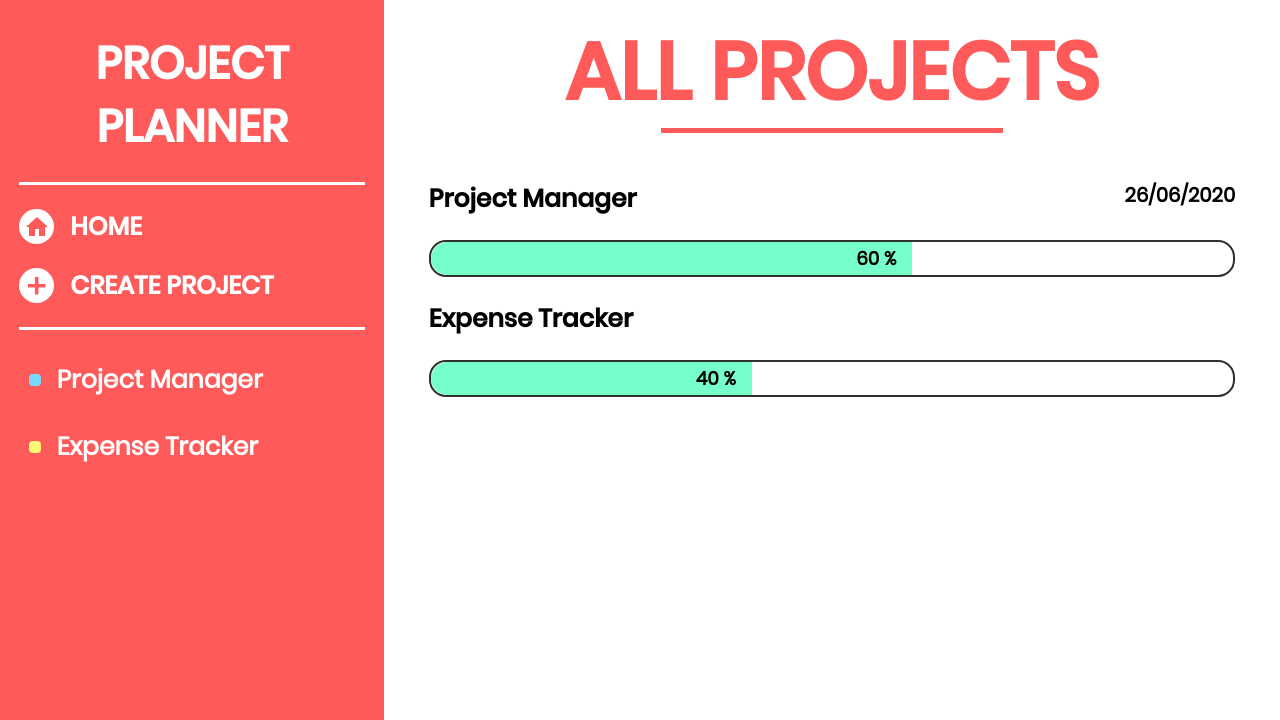
Repository: AzharMoosa/project-manager
Page: /
An editor plug-in stored every save of this project. The page is shown before and after the next save, followed by the edit.
The browser window is 1280 px wide. The pictures show the whole page.
The project was rebuilt for these pictures with package versions that can differ from the ones it lists, and the page was loaded fresh each time.

Above is the page before, as saved 2020-06-22 11:10:35.

### public/index.html
<!DOCTYPE html>
<html lang="en">
  <head>
    <meta charset="utf-8" />
    <link rel="icon" href="%PUBLIC_URL%/favicon.ico" />
    <meta name="viewport" content="width=device-width, initial-scale=1" />
    <meta name="theme-color" content="#000000" />
    <meta
      name="description"
      content="Web site created using create-react-app"
    />
    <link rel="apple-touch-icon" href="%PUBLIC_URL%/logo192.png" />

    <link rel="manifest" href="%PUBLIC_URL%/manifest.json" />

    <title>Project Planner</title>
  </head>
  <body>
    <noscript>You need to enable JavaScript to run this app.</noscript>
    <div id="root"></div>
  </body>
</html>

### src/App.js
import React from "react";
import Sidebar from "./components/sidebar/Siebar";
import Home from "./components/home/Home";
import { ProjectProvider } from "./ProjectContext";

import "./App.css";

function App() {
  return (
    <ProjectProvider>
      <div className='container'>
        <Sidebar />
        <Home />
      </div>
    </ProjectProvider>
  );
}

export default App;

### src/components/sidebar/Siebar.js
import React from "react";
import Header from "./Header";
import ProjectList from "../project-list/ProjectList";

const Siebar = () => {
  return (
    <div className='sidebar'>
      <Header />
      <ProjectList />
    </div>
  );
};

export default Siebar;

### src/components/home/Home.js
import React, { useContext } from "react";
import ProgectProgress from "./ProgectProgress";
import { ProjectContext } from "../../ProjectContext";

const Home = () => {
  // eslint-disable-next-line
  const [projects, setProjects] = useContext(ProjectContext);

  return (
    <div className='home'>
      <h1 className='home-title'>ALL PROJECTS</h1>
      {projects.map((project) => (
        <ProgectProgress
          name={project.name}
          date={project.date}
          progress={project.progress}
          key={project.id}
        />
      ))}
    </div>
  );
};

export default Home;

### src/ProjectContext.js
import React, { useState, createContext } from "react";

export const ProjectContext = createContext();

export const ProjectProvider = (props) => {
  const [projects, setProjects] = useState([
    {
      name: "Project Manager",
      overview:
        "A project management application which allows you to plan personal projects and track its progress.  Create detail plans of projects before developing projects.",
      tools: ["HTML", "CSS", "JAVASCRIPT", "REACT"],
      progress: 60,
      tasks: [
        "Create Project Plans",
        "Todo List for Each Project",
        "Track Progress",
        "Priority List",
        "Choose Tools In Each Project",
        "Clean And Simple Design",
        "Use REACT",
      ],
      color: "blue",
      date: "26/06/2020",
      id: 28392,
    },

    {
      name: "Expense Tracker",
      overview:
        "A expense tracker application which allows you to budget and track your savings.  Track what expenses you have",
      tools: ["HTML", "CSS", "JAVASCRIPT", "REACT"],
      progress: 40,
      tasks: [
        "Expenses In And Out",
        "Current Balance",
        "Highest Money Out",
        "Clean And Simple Design",
        "Use REACT",
      ],
      color: "yellow",
      date: "",
      id: 2032,
    },
  ]);

  return (
    <ProjectContext.Provider value={[projects, setProjects]}>
      {props.children}
    </ProjectContext.Provider>
  );
};

### src/App.css
:root {
  --red: #ff5a5a;
  --green: #76ffca;
  --blue: #76daff;
  --yellow: #fffa76;
  --purple: #ab76ff;
}

/* CSS RESET */

* {
  margin: 0;
  padding: 0;
  box-sizing: border-box;
}

/* Fonts */

@font-face {
  font-family: "Poppins-Med";
  src: url("./fonts/Poppins-Medium.ttf");
}

@font-face {
  font-family: "Poppins-Reg";
  src: url("./fonts/Poppins-Regular.ttf");
}

/* Body */

body {
  font-family: "Poppins-Reg";
  line-height: 1.4;
}

/* Utilities */

/* Bullet Points */

.project-side:before,
.blue:before,
.yellow:before,
.green:before,
.purple:before {
  content: " ";
  height: 12px;
  width: 12px;
  margin-right: 1rem;
  border-radius: 4px;
}

.blue:before {
  background-color: var(--blue);
}

.yellow:before {
  background-color: var(--yellow);
}

.green:before {
  background-color: var(--green);
}

.purple:before {
  background-color: var(--purple);
}

/* Container */
.container {
  display: flex;
  overflow: hidden;
}

/* Sidebar */
.sidebar {
  width: 30vw;
  background-color: var(--red);
  height: 100vh;
  color: #fff;
}

.title {
  font-size: 45px;
  font-family: "Poppins-Med";
  text-align: center;
  padding-top: 2rem;
}

.nav-btns::after,
.nav-btns:before {
  content: " ";
  display: block;
  border-bottom: 3px solid #fff;
  width: 100%;
  margin: 1.5rem auto;
}

.nav-btns {
  width: 90%;
  margin: auto;
}

.home-btn,
.create-project-btn {
  display: flex;
  align-items: center;
  margin-top: 1.5rem;
}

.home-btn h3,
.create-project-btn h3 {
  margin-left: 1rem;
  font-family: "Poppins-Med";
  font-size: 25px;
}

.home-btn svg,
.create-project-btn svg {
  cursor: pointer;
}

/* Home */

.home {
  width: 70vw;
  display: flex;
  flex-direction: column;
}

.home-title {
  font-size: 80px;
  font-family: "Poppins-Med";
  color: var(--red);
  text-align: center;
  margin-top: 1rem;
}

.home-title:after {
  content: " ";
  display: block;
  border-bottom: 5px solid var(--red);
  width: 342px;
  margin: 0 auto 1.5rem auto;
}

/* Project Sidebar List */
.project-side {
  width: 85%;
  margin: 2rem auto;
  display: flex;
  align-items: center;
  cursor: pointer;
}

.project-side h3 {
  font-size: 25px;
}

/* Progress Bar */
.progressbar {
  width: 90%;
  background-color: #fff;
  border: 2px solid #2f2f2f;
  border-radius: 17px;
  margin: 0 auto;
}

.progressbar > div {
  background-color: var(--green);
  height: 33px;
  border-radius: 17px 0 0 17px;
}

.progressbar > div h3 {
  display: flex;
  justify-content: flex-end;
  line-height: 1.8;
  margin-right: 1rem;
}

.project-title {
  width: 90%;
  margin: 1.5rem auto;
  display: flex;
  justify-content: space-between;
}

.project-title h3 {
  font-size: 25px;
  font-family: "Poppins-Med";
}

.project-title h4 {
  font-size: 20px;
  font-family: "Poppins-Reg";
}

### src/components/sidebar/Header.js
import React from "react";

const Header = () => {
  return (
    <div>
      <h1 className='title'>PROJECT PLANNER</h1>
      <div className='nav-btns'>
        <div className='home-btn'>
          <svg
            xmlns='http://www.w3.org/2000/svg'
            width='35'
            height='35'
            viewBox='0 0 35 35'
          >
            <g
              id='Home_Btn'
              data-name='Home Btn'
              transform='translate(-139 -182)'
            >
              <circle
                id='Ellipse_1'
                data-name='Ellipse 1'
                cx='17.5'
                cy='17.5'
                r='17.5'
                transform='translate(139 182)'
                fill='#fff'
              />
              <path
                id='icons8-home'
                d='M12,2.1,1,12H4v9h6V14h4v7h6V12h3Z'
                transform='translate(145 187.9)'
                fill='#ff5a5a'
              />
            </g>
          </svg>
          <h3>HOME</h3>
        </div>

        <div className='create-project-btn'>
          <svg
            xmlns='http://www.w3.org/2000/svg'
            width='35'
            height='35'
            viewBox='0 0 35 35'
          >
            <g id='Group_6' data-name='Group 6' transform='translate(-50 -242)'>
              <circle
                id='Ellipse_2'
                data-name='Ellipse 2'
                cx='17.5'
                cy='17.5'
                r='17.5'
                transform='translate(50 242)'
                fill='#fff'
              />
              <path
                id='icons8-plus'
                d='M8.922,2V8.922H2v1.538H8.922v6.922h1.538V10.461h6.922V8.922H10.461V2Z'
                transform='translate(58 250)'
                fill='#ff5a5a'
                stroke='#ff5a5a'
                strokeWidth='2'
                fillRule='evenodd'
              />
            </g>
          </svg>
          <h3>CREATE PROJECT</h3>
        </div>
      </div>
    </div>
  );
};

export default Header;

### src/components/project-list/ProjectList.js
import React, { useContext } from "react";
import { ProjectContext } from "../../ProjectContext";
import ProjectSide from "./ProjectSide";

const ProjectList = () => {
  // eslint-disable-next-line
  const [projects, setProjects] = useContext(ProjectContext);

  return (
    <div>
      {projects.map((project) => (
        <ProjectSide
          name={project.name}
          color={project.color}
          key={project.id}
        />
      ))}
    </div>
  );
};

export default ProjectList;

### src/components/home/ProgectProgress.js
import React from "react";
import ProgressBar from "./ProgressBar";

const ProgectProgress = ({ name, date, progress }) => {
  return (
    <div className='project-progress'>
      <div className='project-title'>
        <h3>{name}</h3>
        <h4>{date}</h4>
      </div>
      <ProgressBar progress={progress} />
    </div>
  );
};

export default ProgectProgress;

### src/components/project-list/ProjectSide.js
import React from "react";

const Project = ({ name, color }) => {
  return (
    <div className={`project-side ${color}`}>
      <h3>{name}</h3>
    </div>
  );
};

export default Project;

### src/components/home/ProgressBar.js
import React from "react";

const ProgressBar = ({ progress }) => {
  return (
    <div className='progressbar'>
      <div style={{ width: `${progress}%` }}>
        <h3>{progress} %</h3>
      </div>
    </div>
  );
};

export default ProgressBar;

Loaded but not shown: src/index.js (common file)

After the next save:
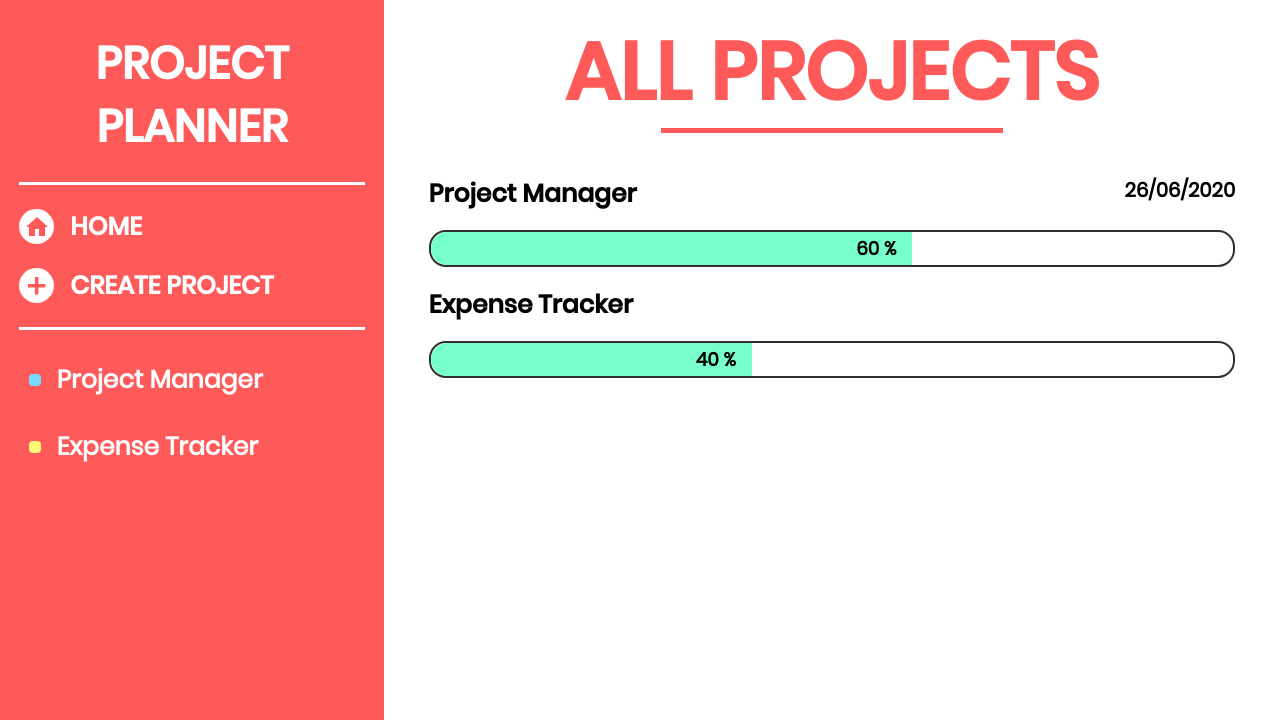
Saved 8 s later.
--- a/src/App.css
+++ b/src/App.css
@@ -180,7 +180,7 @@ body {
 
 .project-title {
   width: 90%;
-  margin: 1.5rem auto;
+  margin: 1.2rem auto;
   display: flex;
   justify-content: space-between;
 }
